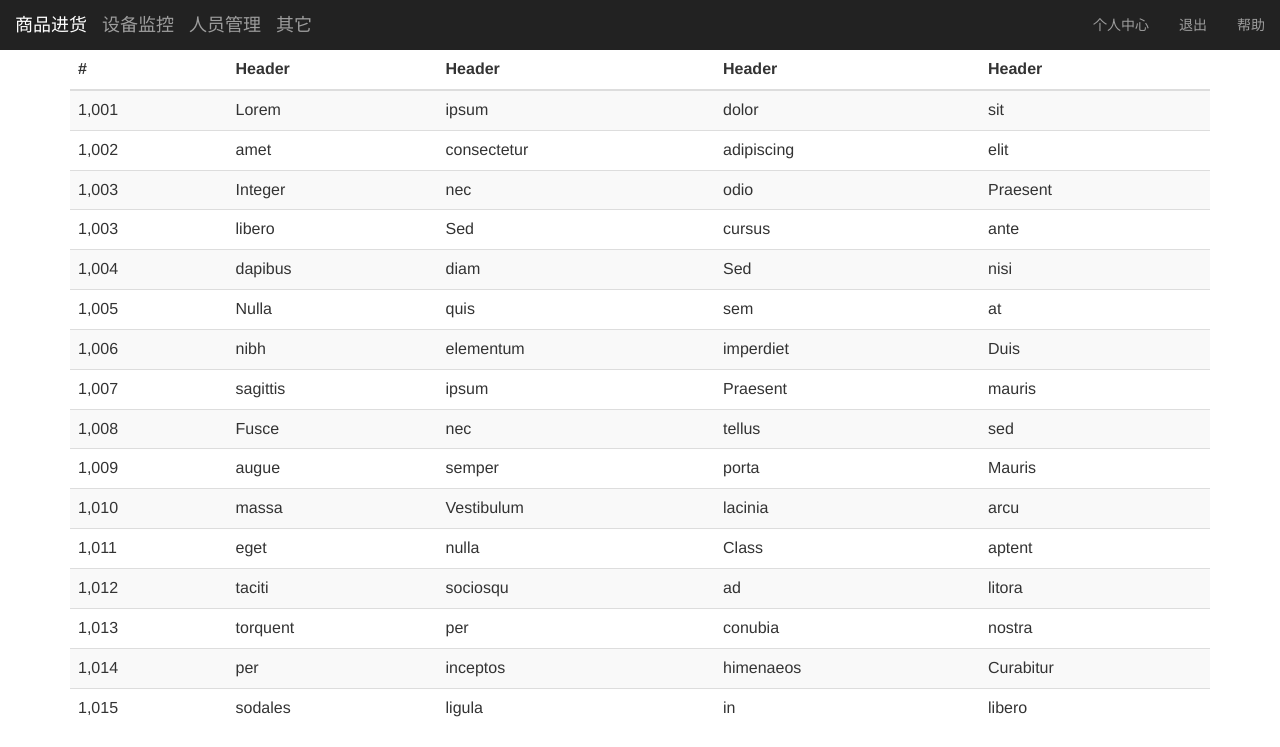
Repository: FanHuaRan/ShoeStoreSystem
Page: http://localhost/ShoeStore/View/test.jsp
An editor plug-in stored every save of this project. The page is shown before and after the next save, followed by the edit.
The browser window is 1280 px wide. The pictures show the whole page.
The page is served by Tomcat 9. Nobody is signed in. The application's start-up code is not run.

Above is the page before, as saved 2017-02-06 12:02:39.

After the next save:
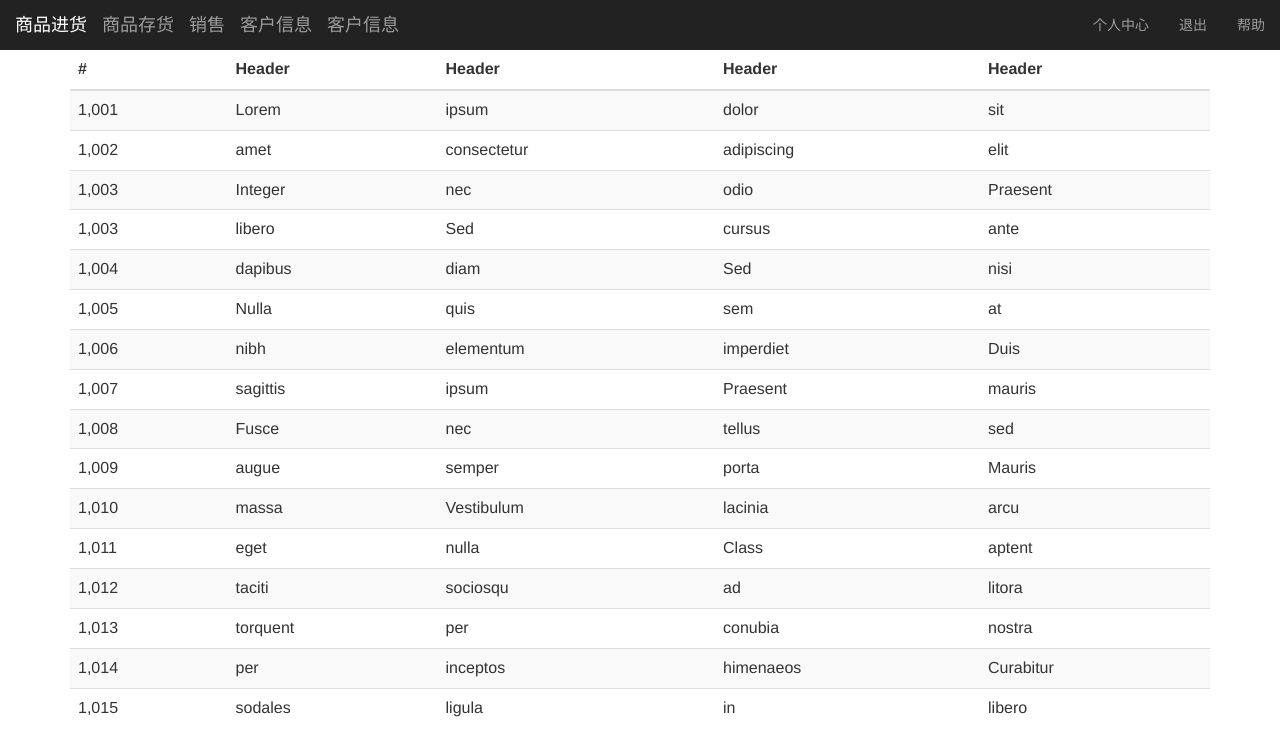
Saved 90 s later.
--- a/Web/Spring/ShoeStore/WebRoot/View/test.jsp
+++ b/Web/Spring/ShoeStore/WebRoot/View/test.jsp
@@ -41,7 +41,7 @@
             <span class="icon-bar"></span>
             <span class="icon-bar"></span>
           </button>
-          <a class="navbar-brand" href="devicemonitor">设备监控</a>
+          <a class="navbar-brand" href="devicemonitor">商品存货</a>
         </div>
 
           <div class="navbar-header">
@@ -51,7 +51,7 @@
             <span class="icon-bar"></span>
             <span class="icon-bar"></span>
           </button>
-          <a class="navbar-brand" href="personmanage">人员管理</a>
+          <a class="navbar-brand" href="personmanage">销售</a>
         </div>
 
           <div class="navbar-header">
@@ -61,9 +61,17 @@
             <span class="icon-bar"></span>
             <span class="icon-bar"></span>
           </button>
-          <a class="navbar-brand" href="/other">其它</a>
-        </div>
-
+          <a class="navbar-brand" href="/other">客户信息</a>
+        </div>
+         <div class="navbar-header">
+          <button type="button" class="navbar-toggle collapsed" data-toggle="collapse" data-target="#navbar" aria-expanded="false" aria-controls="navbar">
+            <span class="sr-only">Toggle navigation</span>
+            <span class="icon-bar"></span>
+            <span class="icon-bar"></span>
+            <span class="icon-bar"></span>
+          </button>
+          <a class="navbar-brand" href="/other">客户信息</a>
+        </div>
 
         <div id="navbar" class="navbar-collapse collapse">
           <ul class="nav navbar-nav navbar-right">
